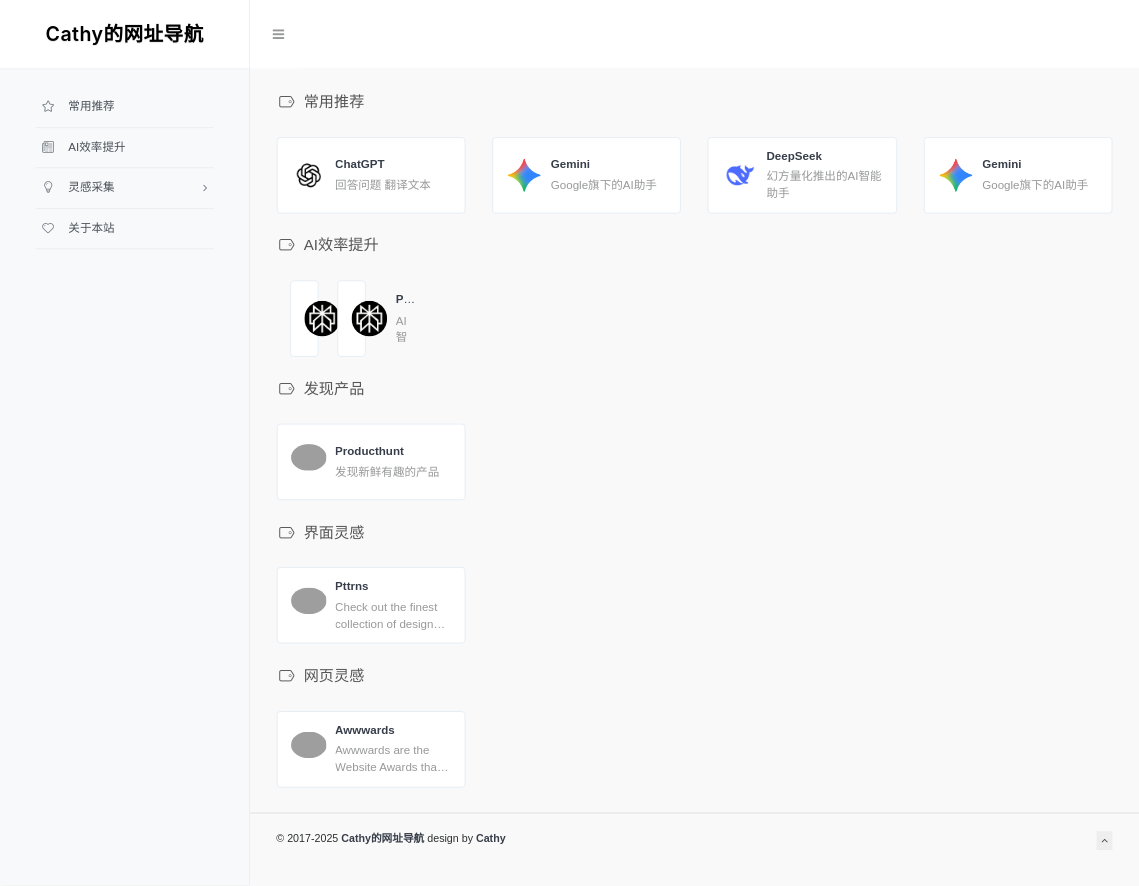
Repository: SweetPomelo0/AINav
Page: cn/index.html
An editor plug-in stored every save of this project. The page is shown before and after the next save, followed by the edit.
The browser window is 1280 px wide. The pictures show the whole page, at 89% of full size.
Pictures or frames that could not be fetched are drawn as grey boxes.

Above is the page before, as saved 2025-07-24 23:14:44.

After the next save:
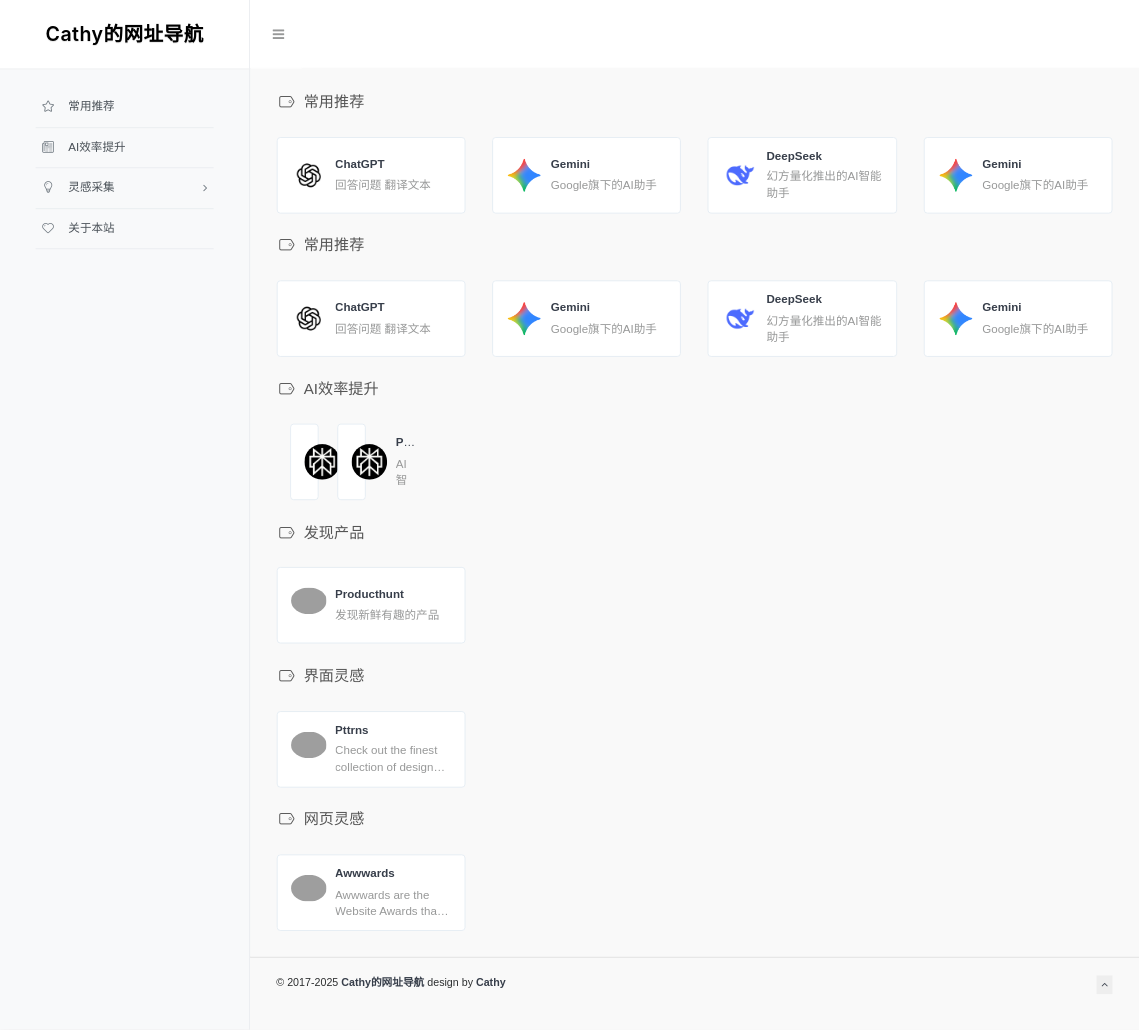
Saved 27 s later.
--- a/cn/index.html
+++ b/cn/index.html
@@ -356,6 +356,86 @@
         <br />
         <!-- END 常用推荐 -->
 
+<!-- 常用推荐 -->
+        <h4 class="text-gray">
+          <i class="linecons-tag" style="margin-right: 7px" id="常用推荐"></i>常用推荐
+        </h4>
+        <div class="row">
+
+          <!-- ChatGPT -->
+          <div class="col-sm-3">
+                    <div class="xe-widget xe-conversations box2 label-info" onclick="window.open('https://chatgpt.com/', '_blank')" data-toggle="tooltip" data-placement="bottom" title="" data-original-title="https://chatgpt.com/">
+                        <div class="xe-comment-entry">
+                            <a class="xe-user-img">
+                                <img data-src="../assets/images/logos/chatgpt.png" class="lozad img-circle" width="40">
+                            </a>
+                            <div class="xe-comment">
+                                <a href="#" class="xe-user-name overflowClip_1">
+                                    <strong>ChatGPT</strong>
+                                </a>
+                                <p class="overflowClip_2">回答问题 翻译文本</p>
+                            </div>
+                        </div>
+                    </div>
+                </div>
+
+          <!-- Gemini -->
+          <div class="col-sm-3">
+                    <div class="xe-widget xe-conversations box2 label-info" onclick="window.open('https://gemini.google.com/app', '_blank')" data-toggle="tooltip" data-placement="bottom" title="" data-original-title="https://gemini.google.com/app">
+                        <div class="xe-comment-entry">
+                            <a class="xe-user-img">
+                                <img data-src="../assets/images/logos/gemini.png" class="lozad img-circle" width="40">
+                            </a>
+                            <div class="xe-comment">
+                                <a href="#" class="xe-user-name overflowClip_1">
+                                    <strong> Gemini</strong>
+                                </a>
+                                <p class="overflowClip_2">Google旗下的AI助手</p>
+                            </div>
+                        </div>
+                    </div>
+                </div>
+
+          <!-- DeepSeek -->
+          <div class="col-sm-3">
+                    <div class="xe-widget xe-conversations box2 label-info" onclick="window.open('https://deepseek.cn/', '_blank')" data-toggle="tooltip" data-placement="bottom" title="" data-original-title="https://deepseek.cn/">
+                        <div class="xe-comment-entry">
+                            <a class="xe-user-img">
+                                <img data-src="../assets/images/logos/deepseek.png" class="lozad img-circle" width="40">
+                            </a>
+                            <div class="xe-comment">
+                                <a href="#" class="xe-user-name overflowClip_1">
+                                    <strong>DeepSeek</strong>
+                                </a>
+                                <p class="overflowClip_2">幻方量化推出的AI智能助手</p>
+                            </div>
+                        </div>
+                    </div>
+                </div>
+
+          <!-- Gemini2 -->
+          <div class="col-sm-3">
+                    <div class="xe-widget xe-conversations box2 label-info" onclick="window.open('https://gemini.google.com/app', '_blank')" data-toggle="tooltip" data-placement="bottom" title="" data-original-title="https://gemini.google.com/app">
+                        <div class="xe-comment-entry">
+                            <a class="xe-user-img">
+                                <img data-src="../assets/images/logos/gemini.png" class="lozad img-circle" width="40">
+                            </a>
+                            <div class="xe-comment">
+                                <a href="#" class="xe-user-name overflowClip_1">
+                                    <strong> Gemini</strong>
+                                </a>
+                                <p class="overflowClip_2">Google旗下的AI助手</p>
+                            </div>
+                        </div>
+                    </div>
+                </div>
+
+
+
+        </div>
+        <br />
+        <!-- END 常用推荐 -->
+
         <!-- AI效率提升 -->
         <h4 class="text-gray">
           <i class="linecons-tag" style="margin-right: 7px" id="AI效率提升"></i
